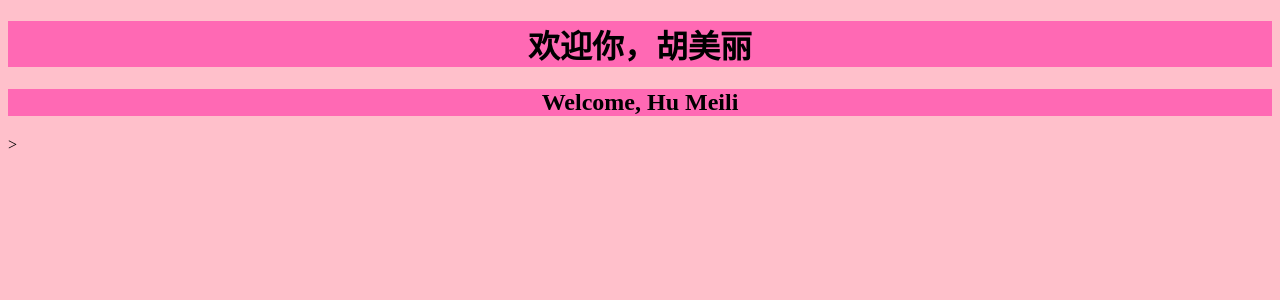
Repository: NanmeiYC/NanmeiYC.github.io
Page: zhuye.html
An editor plug-in stored every save of this project. The page is shown before and after a run of saves, followed by the edit.
The browser window is 1280 px wide. The pictures show the whole page.

Above is the page before, as saved 2021-05-28 23:33:36.

After the next 2 saves:
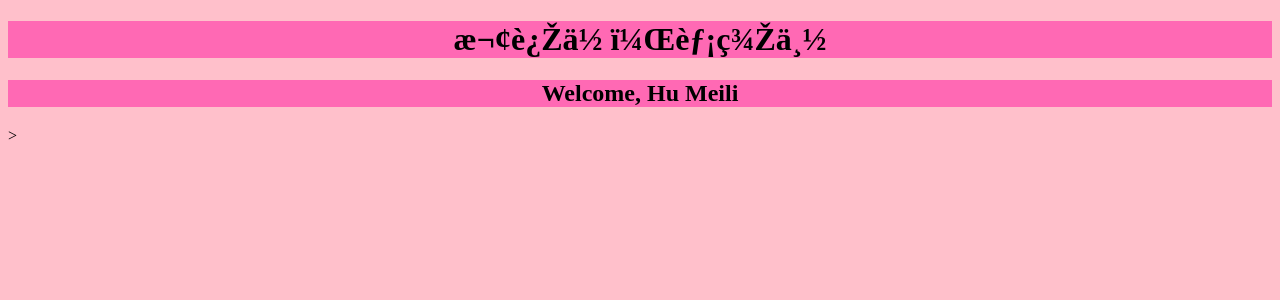
The 2 saves are shown as one change because they came seconds apart.
The last was saved 2 min 17 s later.
--- a/zhuye.html
+++ b/zhuye.html
@@ -1,7 +1,7 @@
 <!DOCTYPE html>
 <html>
     <head>
-        <meta http-equiv="Content-Type" content="text/html; charset=UTF-8">
+        <meta charset=UTF-8">
         <title>欢迎我们美丽大方温柔善良的胡美丽</title>
     </head>
     <style>

After the save that followed:
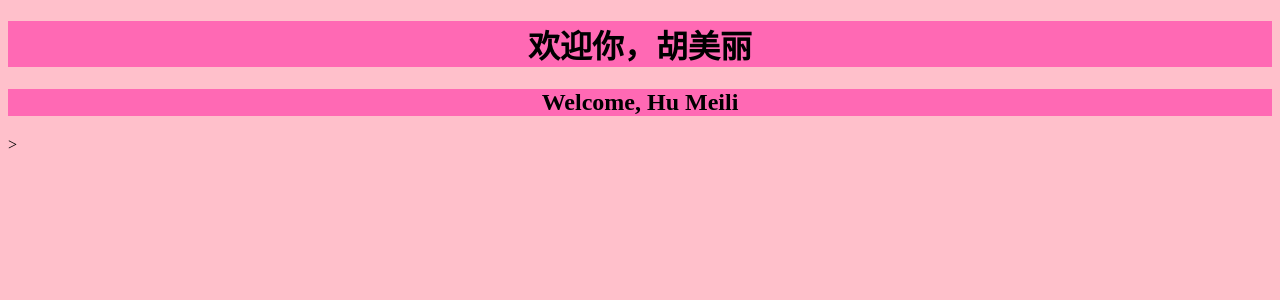
Saved 4 s later.
--- a/zhuye.html
+++ b/zhuye.html
@@ -1,7 +1,7 @@
 <!DOCTYPE html>
 <html>
     <head>
-        <meta charset=UTF-8">
+        <meta charset=UTF-8>
         <title>欢迎我们美丽大方温柔善良的胡美丽</title>
     </head>
     <style>
